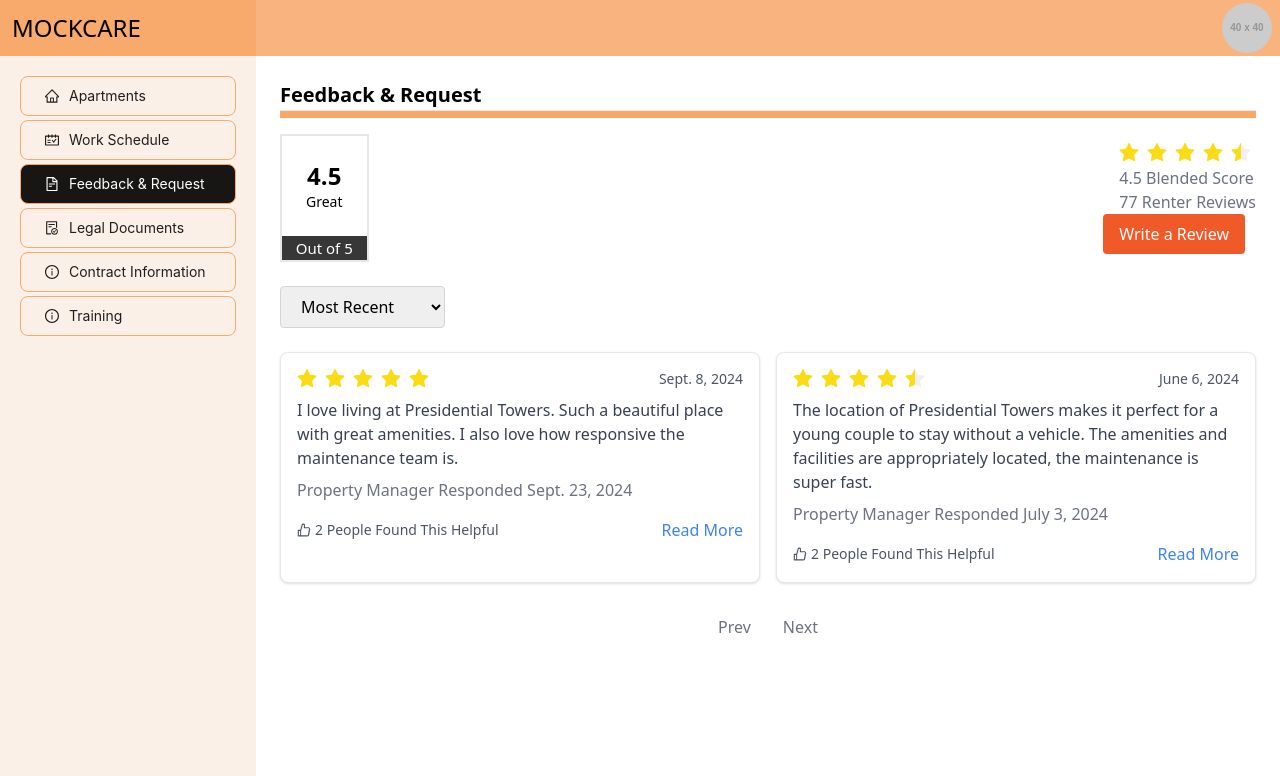
Repository: dunh-real/MockProject_102024_Nhom4
Page: / (app in frontend/)
These files come from the project's save history. The page is drawn as it stood at one moment and after the next save; the edit follows.
The browser window is 1280 px wide. The pictures show the whole page.
The project was rebuilt for these pictures with package versions that can differ from the ones it lists, and the page was loaded fresh each time. Also part of the build but not shown: frontend/vite.config.js, frontend/vite.config.ts, frontend/src/App.css, frontend/src/component/ReviewModal.tsx.

Above is the page before, as saved 2024-10-09 13:09:42.

After the next save:
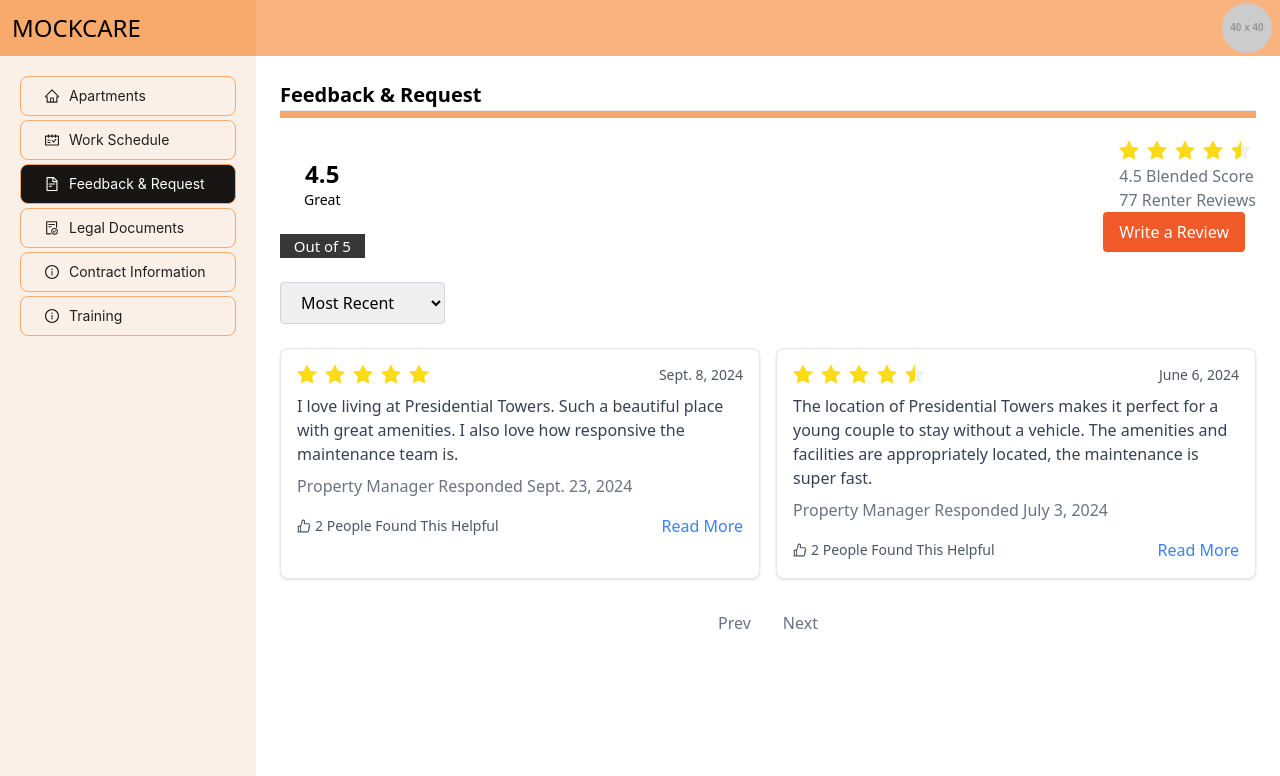
Saved 17 s later.
--- a/frontend/src/pages/Feedback&Request/Feedback&Request.tsx
+++ b/frontend/src/pages/Feedback&Request/Feedback&Request.tsx
@@ -63,7 +63,7 @@
                         <hr className='h-[8px] bg-[#F8A869]' />
                     </div>
                     <div className="flex justify-between items-center mb-6">
-                        <div className="flex flex-col border-2  items-center">
+                        <div className="flex flex-col border-black  items-center">
                             <div className=" text-center  p-6 ">
                                 <div className=''>
                                     <p className="text-2xl font-bold">4.5</p>

After the save that followed:
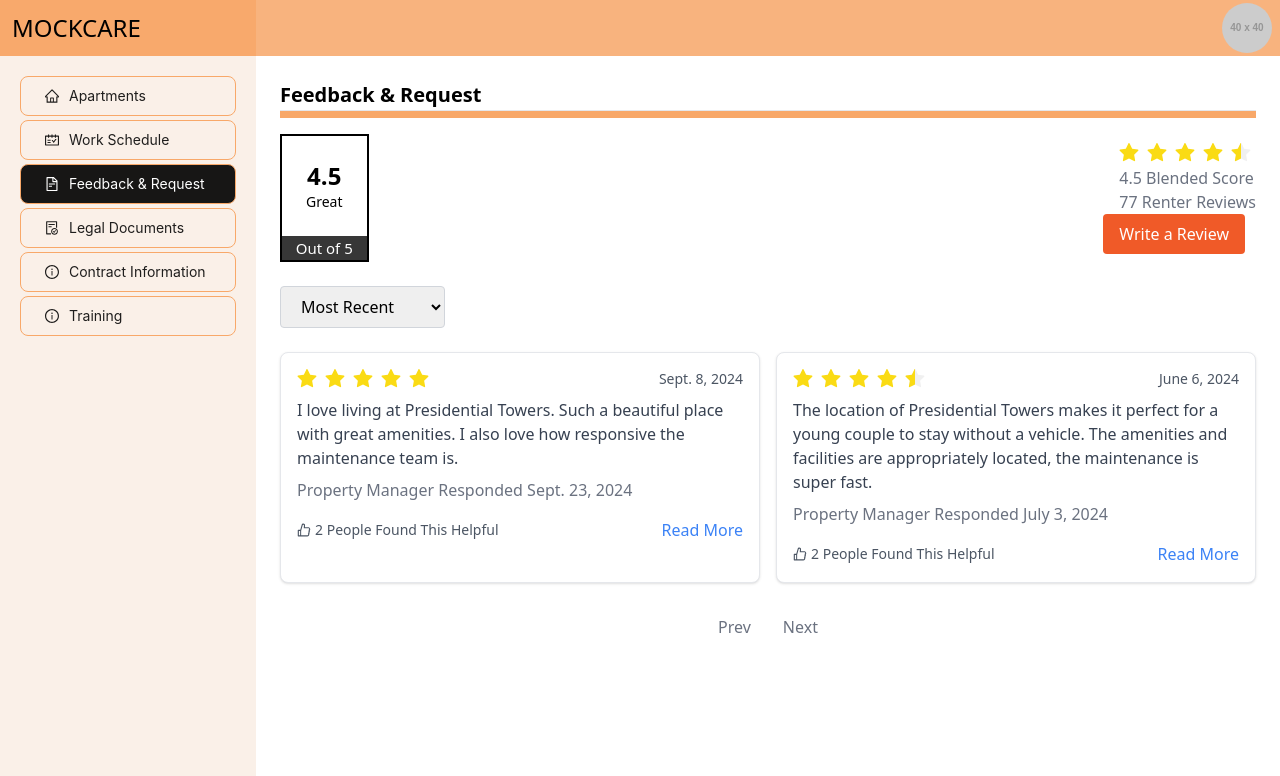
Saved 11 s later.
--- a/frontend/src/pages/Feedback&Request/Feedback&Request.tsx
+++ b/frontend/src/pages/Feedback&Request/Feedback&Request.tsx
@@ -63,7 +63,7 @@
                         <hr className='h-[8px] bg-[#F8A869]' />
                     </div>
                     <div className="flex justify-between items-center mb-6">
-                        <div className="flex flex-col border-black  items-center">
+                        <div className="flex flex-col border-black border-2  items-center">
                             <div className=" text-center  p-6 ">
                                 <div className=''>
                                     <p className="text-2xl font-bold">4.5</p>
